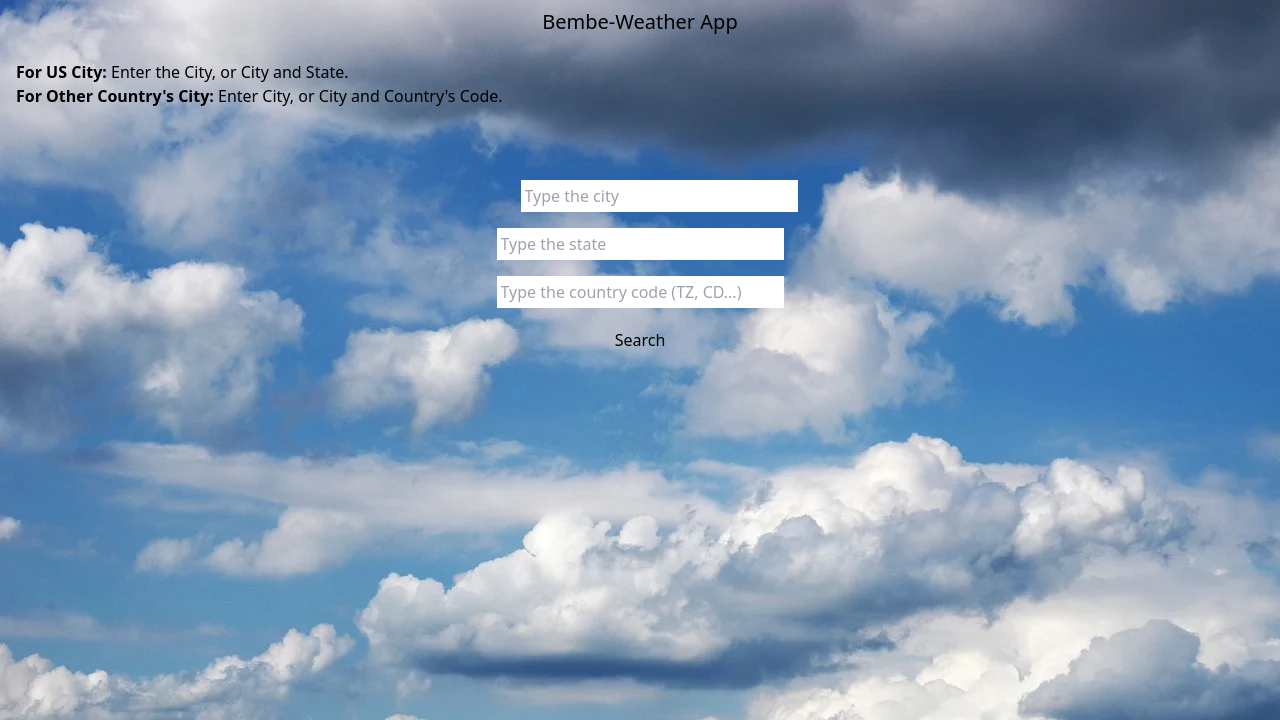
Repository: ShindanoSingi/bembe-weather
Page: /
These files come from the project's save history. The page is drawn as it stood at one moment and after the next save; the edit follows.
The browser window is 1280 px wide. The pictures show the whole page.
The page's requests for data from a server got no answer. The project was rebuilt for these pictures with package versions that can differ from the ones it lists, and the page was loaded fresh each time. No one was signed in, and anything a server would have sent is missing.

Above is the page before, as saved 2022-09-14 03:16:58.

### public/index.html
<!DOCTYPE html>
<html lang="en">

<head>
  <meta charset="utf-8" />
  <link rel="icon" href="%PUBLIC_URL%/favicon.ico" />
  <meta name="viewport" content="width=device-width, initial-scale=1" />
  <meta name="theme-color" content="#000000" />
  <meta name="description" content="Web site created using create-react-app" />
  <link rel="apple-touch-icon" href="%PUBLIC_URL%/logo192.png" />
  <!--
      manifest.json provides metadata used when your web app is installed on a
      user's mobile device or desktop. See https://developers.google.com/web/fundamentals/web-app-manifest/
    -->
  <link rel="manifest" href="%PUBLIC_URL%/manifest.json" />
  <!--
      Notice the use of %PUBLIC_URL% in the tags above.
      It will be replaced with the URL of the `public` folder during the build.
      Only files inside the `public` folder can be referenced from the HTML.

      Unlike "/favicon.ico" or "favicon.ico", "%PUBLIC_URL%/favicon.ico" will
      work correctly both with client-side routing and a non-root public URL.
      Learn how to configure a non-root public URL by running `npm run build`.
    -->
  <title>React Weather</title>
</head>

<body>
  <noscript>You need to enable JavaScript to run this app.</noscript>
  <div id="root"></div>
  <!--
      This HTML file is a template.
      If you open it directly in the browser, you will see an empty page.

      You can add webfonts, meta tags, or analytics to this file.
      The build step will place the bundled scripts into the <body> tag.

      To begin the development, run `npm start` or `yarn start`.
      To create a production bundle, use `npm run build` or `yarn build`.
    -->
</body>

</html>

### src/components/SearchForm.js
import React from "react";

const SearchForm = ({
  city,
  state,
  country,
  handleSubmit,
  handleChangeCity,
  handleChangeState,
  handleChangeCountry,
}) => {
  return (
    <div >
      <form className="form-container" onSubmit={handleSubmit} d-flex>
        <div className="flex flex-col items-center gap-4 form-container">
          <div className="flex flex-col gap-4">
          <input
          className="w-11/12 p-1 mx-8 cityInput"
          placeholder="Type the city"
          type="text"
          name="SearchString"
          onChange={handleChangeCity}
          value={city}
          required
        />

        {/* Country input */}
        <input
          className="p-1 mx-2 countryInput"
          placeholder="Type the state"
          type="text"
          name="SearchString"
          onChange={handleChangeState}
          value={state}
        />

        {/* Country input */}
        <input
          className="p-1 mx-2 countryInput"
          placeholder="Type the country code (TZ, CD...)"
          type="text"
          name="SearchString"
          onChange={handleChangeCountry}
          value={country}
        />
          </div>
          <button className="w-24 p-1 submitButton" type="submit">
          Search
        </button>
        </div>

        {/* City Input */}



      </form>
    </div>
  );
};

export default SearchForm;

Loaded but not shown: src/index.js (common file); src/index.css (common file); tailwind.config.js (common file); src/components/weatherPage.js (255 lines, source omitted); src/App.js (116 lines, source omitted); src/App.css (1402 lines, source omitted)

After the next save:
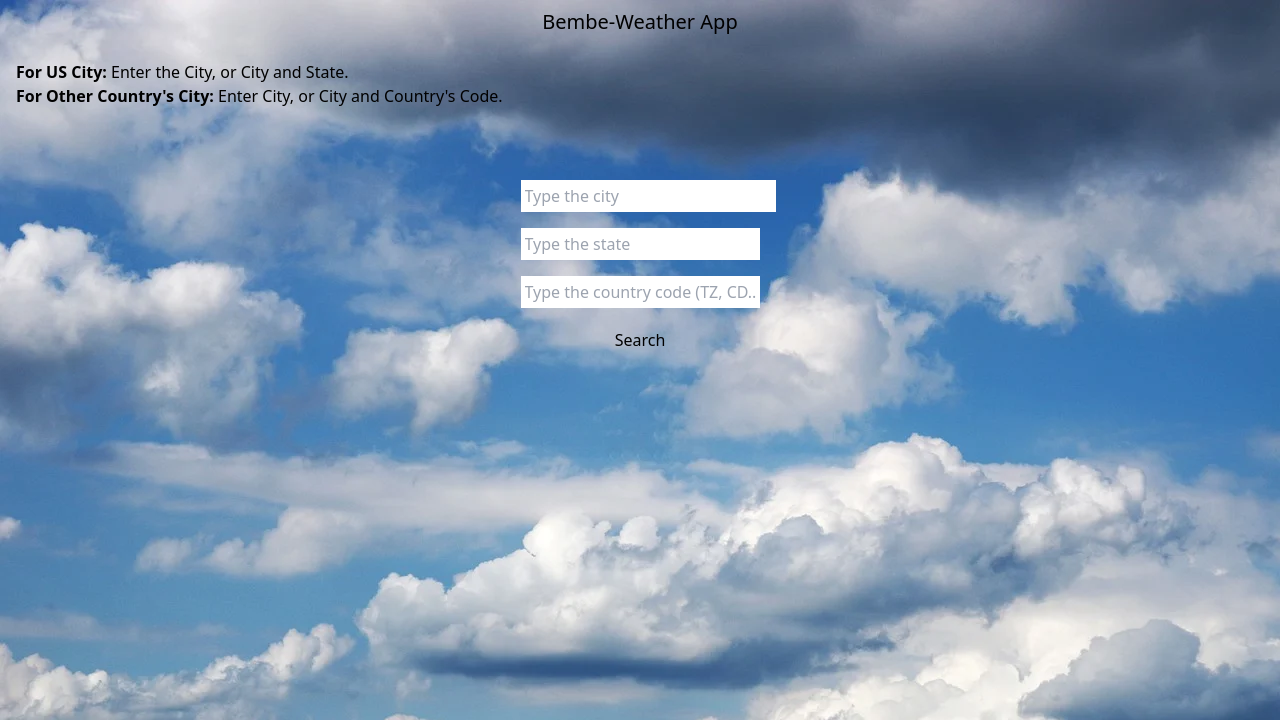
Saved 20 s later.
--- a/src/components/SearchForm.js
+++ b/src/components/SearchForm.js
@@ -15,7 +15,7 @@ const SearchForm = ({
         <div className="flex flex-col items-center gap-4 form-container">
           <div className="flex flex-col gap-4">
           <input
-          className="w-11/12 p-1 mx-8 cityInput"
+          className="w-full p-1 mx-2 cityInput"
           placeholder="Type the city"
           type="text"
           name="SearchString"
